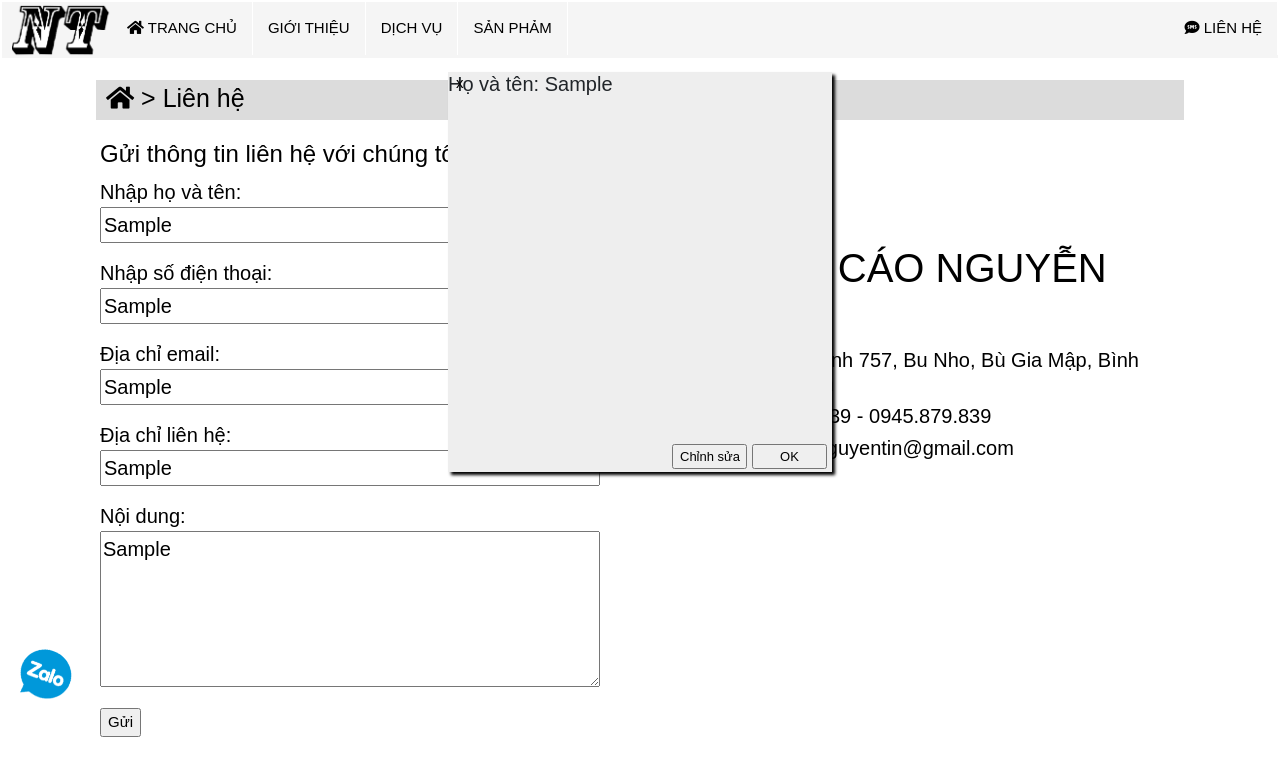
Repository: Haunguyen42193/quangcaonguyentin.github.io
Page: contact.html
An editor plug-in stored every save of this project. The page is shown before and after the next save, followed by the edit.
The browser window is 1280 px wide. The pictures show the part of the page from y = 0 to 757 px (the page is 1526 px tall).
Empty fields were first filled with sample values (such as "Sample", 5 or name@example.com).
After loading, the first visible `#submit` was clicked once.
Pictures or frames that could not be fetched are drawn as grey boxes. Some web fonts or font styles are not loaded; a fallback is used. Some web libraries are served in a nearby version.

Above is the page before, as saved 2021-09-17 17:52:06.

### contact.html
<!DOCTYPE html>
<html lang="en">
<head>
    <meta charset="UTF-8">
    <meta http-equiv="X-UA-Compatible" content="IE=edge">
    <meta name="viewport" content="width=device-width, initial-scale=1.0">
    <meta http-equiv="refresh" content="18000"/>
    <title>Quảng Cáo Nguyễn Tín</title>
    <link rel="shotcut icon" href="images/logo2.png"/>
    <link
    rel="stylesheet"
    href="https://cdnjs.cloudflare.com/ajax/libs/animate.css/4.1.1/animate.min.css"
    />
    <!--carousel-->
    <link href="https://cdn.jsdelivr.net/npm/bootstrap@5.1.0/dist/css/bootstrap.min.css" rel="stylesheet" integrity="sha384-KyZXEAg3QhqLMpG8r+8fhAXLRk2vvoC2f3B09zVXn8CA5QIVfZOJ3BCsw2P0p/We" crossorigin="anonymous">
    <!--font awesome-->
    <link rel="stylesheet" href="https://pro.fontawesome.com/releases/v5.10.0/css/all.css" integrity="sha384-AYmEC3Yw5cVb3ZcuHtOA93w35dYTsvhLPVnYs9eStHfGJvOvKxVfELGroGkvsg+p" crossorigin="anonymous"/>
    <!--css-->
    <link rel="stylesheet" href="CSS/stylecontact.css"/>
    <!--font chữ-->
    <link rel="preconnect" href="https://fonts.googleapis.com">
    <link rel="preconnect" href="https://fonts.gstatic.com" crossorigin>
    <link href="https://fonts.googleapis.com/css2?family=K2D:wght@600&display=swap" rel="stylesheet">
    <!-- JavaScript Bundle with Popper -->
    <script src="https://cdn.jsdelivr.net/npm/bootstrap@5.1.0/dist/js/bootstrap.bundle.min.js" integrity="sha384-U1DAWAznBHeqEIlVSCgzq+c9gqGAJn5c/t99JyeKa9xxaYpSvHU5awsuZVVFIhvj" crossorigin="anonymous"></script>
    <!--Jquery-->
    <script src="Js/jquery-3.6.0.min.js"></script>

</head>
<body>
    <script src="Js/main.js"></script>
    <nav class="header-menu">
        <div class="menu">
            <div class="logo">
                <a href="homepage.html"><img src="images/logo2.png" alt="bang quang cao tiem" id="logotiem"/></a>
            </div>
            <ul>
                <li><a href="homepage.html"><i class="fas fa-home"></i> TRANG CHỦ</a></li>
                <li><a href="#">GIỚI THIỆU</a></li>
                <li class="sub"><a href="homepage.html">DỊCH VỤ</a>
                    <ul class="menu subcontent">
                        <li><a href="#">LÀM BẢNG HIỆU LED</a></li>
                        <li><a href="#">LÀM BẢNG HIỆU ALU</a></li>
                        <li><a href="#">LÀM BẢNG HIỆU HỘP ĐÈN</a></li>
                        <li><a href="#">LÀM BẢNG HIỆU MICA</a></li>
                    </ul>
                </li>
                <li class="sub"><a href="#">SẢN PHẢM</a>
                    <ul class="menu subcontent">
                      <li><a href="#">BẢNG HIỆU HỘP ĐÈN</a></li>
                      <li><a href="#">MẶT DỰNG ALU</a></li>
                      <li><a href="#">BẢNG HIỆU CHỮ NỔI</a></li>
                      <li><a href="#">BẢNG HIỆU LED</a></li>
                    </ul>
                </li>
                <li><a href="contact.html"><i class="fas fa-sms"></i> LIÊN HỆ</a></li>
            </ul>
        </div>
      </nav>

      <!--go to top-->
      <div>
        <a id="goToTop" href="javascript:;"><i class="fas fa-chevron-up" title="GO TO TOP"></i></a>
      </div>
      <!--zalo-->
      <div class="zalo">
        <a href="https://zalo.me/0982652639" target="_blank"><img src="images/icon-zalo1.png"/></a>
      </div>
      <!--content of contact-->
    <section>
        <div class="contact-title">
            <div>
                <a href="homepage.html" title="Trang chủ"><i class="fas fa-home"></i></a>
                <span>></span>
                <span class="move">Liên hệ</span>
            </div>
        </div>
        <div class="contact">
            <div class="contact-info">
                <h4>Gửi thông tin liên hệ với chúng tôi</h4>
                <div class="nhap">
                    <p>Nhập họ và tên: </p><input type="text" placeholder="Nhập họ và tên" id="name"/>
                </div>
                <div class="nhap">
                    <p>Nhập số điện thoại:</p><input type="text" placeholder="Nhập số điện thoại" id="phone"/>
                </div>
                <div class="nhap">
                    <p>Địa chỉ email: </p><input type="text" placeholder="email" id="mail"/>
                </div>
                <div class="nhap">
                    <p>Địa chỉ liên hệ: </p><input type="text" placeholder="Địa chỉ đầy đủ" id="address/>
                </div>
                <div class="nhap">
                    <p>Nội dung:</p>
                    <textarea placeholder="Nhập nội dung yêu cầu" name="sNoidung" rows="5" id="request"></textarea>
                </div>
                <div class="submit">
                    <input type="button" value="Gửi" id="submit"/>
                </div>

            </div>
        </div>
        <div class="popup">
          <a href="#">x</a>
          <input type="button" value="OK" id="ok"/>
          <input type="button" value="Chỉnh sửa" id="fix"/>
        </div>
        <div class="contact1">
            <div class="contact-info">
                <img src="images/logo2.png" alt="logo" class="foot-logo" />
                <h1>QUẢNG CÁO NGUYỄN TÍN</h1>
                <h2>Địa chỉ: Đường tỉnh 757, Bu Nho, Bù Gia Mập, Bình Phước, Việt Nam</h2>
                <h2>SĐT: 0982.652.639 - 0945.879.839</h2>
                <h2>Mail: quangcaonguyentin@gmail.com</h2>
            </div>
        </div>
    </section>
    <div class="google-map-contact">
        <iframe src="https://www.google.com/maps/embed?pb=!1m18!1m12!1m3!1d5524.536939975059!2d106.86915028708552!3d11.734195462804998!2m3!1f0!2f0!3f0!3m2!1i1024!2i768!4f13.1!3m3!1m2!1s0x31735d28dd4c295f%3A0xd023a3b16b598d53!2zVHLGsOG7nW5nIFRIUFQgTmd1eeG7hW4gS2h1eeG6v24gLSBCw7kgTmhv!5e0!3m2!1svi!2s!4v1629276927340!5m2!1svi!2s" style="border:0;" allowfullscreen="" loading="lazy"></iframe>"
    </div>
    <section>
        <div class="foot-contacts">
          <div class="foot-contact">
            <img src="images/logo2.png" alt="logo" class="foot-logo" />
            <h1>QUẢNG CÁO NGUYỄN TÍN</h1>
            <h2>Địa chỉ: Đường tỉnh 757, Bu Nho, Bù Gia Mập, Bình Phước, Việt Nam</h2>
            <h2>SĐT: 0982.652.639 - 0945.879.839</h2>
            <h2>Mail: quangcaonguyentin@gmail.com</h2>
          </div>
          <div class="foot-service">
            <div class="foot-service-title">
              <h1>DANH MỤC DỊCH VỤ</h1>
            </div>
            <h2><a href="#">Làm bảng hiệu LED</a></h2>
            <h2><a href="#">Làm bảng hiệu ALU</a></h2>
            <h2><a href="#">Làm bảng hiệu HỘP ĐÈN</a></h2>
            <h2><a href="#">Làm bảng hiệu MICA</a></h2>
          </div>
          <div class="foot-product">
            <div class="foot-service-title">
              <h1>DANH MỤC SẢN PHẨM</h1>
            </div>
            <h2><a href="#">Làm bảng hiệu LED</a></h2>
            <h2><a href="#">Làm bảng hiệu ALU</a></h2>
            <h2><a href="#">Làm bảng hiệu HỘP ĐÈN</a></h2>
            <h2><a href="#">Làm bảng hiệu MICA</a></h2>
          </div>
        </div>
      </section>
      <!--foot-->
      <div class="web-foot">
        <h2>QUẢNG CÁO NGUYỄN TÍN &#10052 2021</h2>
      </div>
</body>
</html>

### CSS/stylecontact.css
body {
    font-family: 'K2D', sans-serif;
    font-size: 15px;
    background-color: white;
    background-repeat: no-repeat;
    background-attachment: fixed;
}
/*menu*/
.header-menu{
    width:100%;
    background-color: whitesmoke;
    padding-left: 10px;
    border: 2px solid white;
    position: fixed;
    z-index:99;
    top:0;
    left:0;
}
img#logotiem{
    width:100px;
    float:left;
}
div.menu > ul{
    display:flex;
    /* justify-content: center;
    align-items: center; */
}
div.menu ul{
    list-style-type: none;
    margin: 0;
    padding:0;
    background-color: whitesmoke;
}
div.menu ul li:last-child{
    margin-left: auto;
}
.subcontent{
    display:none;
    background: linear-gradient(gray, rgb(224, 222, 222));
}
.sub:hover .subcontent{
    display: block;
    position:absolute;
    width: 230px;
}

div.menu ul li{
    margin-bottom: 0px;
    position:relative;
    border-right: 1px solid white;
}

div.menu ul li a::before{
    content: '';
     position: absolute;
     bottom: -7px;
     left: 0px;
     width: 100%;
     height: 5px;
     background-color: #0cacdd;
     border-radius: 8px 8px 0 0;
     opacity: 0;
     transition: 0.3s;
}

div.menu ul li a:hover:before{
    opacity: 1;
    bottom:0;
}
div.menu ul li a{
    text-decoration: none;
    display: block;
    padding: 15px;
}
a:link{
    color:black;
}
a:visited{
    color:black;
}
a:hover{
    background-color: rgb(37, 32, 32);
    color: #2591d8;
}
a:active{
    color:rgb(35, 23, 201);
}

.subcontent::before{
    content: " ";
    border-width: 10px;
    border-style: solid;
    border-color:transparent transparent gray transparent;
    position: absolute;
    bottom: 100%;
    left:15%;
}
/*gototop*/
#goToTop {
    position: fixed;
    font-size: 30px;
    border-radius: 50%;
    z-index: 99;
    padding: 0 10px;
    border: 2px solid red;
    color: red;
    opacity: 0.5;
    right: 10px;
    bottom: 10px;
}
/*zalo*/
.zalo{
    position: fixed;
    z-index: 999;
    left: 20px;
    bottom: 20px;
    width: 4%;
}
.zalo img{
    width: 100%;
    animation:zalo-ring 1s infinite ease-in-out;
}
.zalo > a:hover{
    background-color: transparent;
}
@keyframes zalo-ring{
    0%{
    transform:rotate(0) scale(1) skew(1deg)
    }
    10%{
        transform:rotate(-25deg) scale(1.05) skew(1deg)
    }
    20%{
        transform:rotate(25deg) scale(1) skew(1deg)
    }
    30%{
        transform:rotate(-25deg) scale(1.05) skew(1deg)
    }
    40%{
        transform:rotate(25deg) scale(1) skew(1deg)
    }
    50%{
        transform:rotate(0) scale(1) skew(1deg)
    }
    100%{
        transform:rotate(0) scale(1) skew(1deg)
    }
}
/*foot contact*/
.foot-contacts {
    display: flex;
    position: relative;
    top: 120px;
    justify-content: center;
}
.foot-contacts h2{
    font-size: 15px;
}
.foot-contact {
    display: flex;
    width: 350px;
    flex-wrap: wrap;
    width: 25%;
}
.foot-logo{
    width:30%;
}
.foot-contact h1{
    width: 50%;
    font-size: 25px;
}
.foot-service{
    position: relative;
    border-right: 1px solid gray;
    width:25%;
    padding: 0 50px;
    border-left: 1px solid gray;
}
.foot-product{
    position: relative;
    width: 25%;
    padding: 0 50px;
}
.foot-service-title h1{
    font-size: 20px;
    padding-bottom: 10px;
    padding-top: 10px;
}
.foot-contacts a{
    text-decoration: none;
}
.foot-contacts a:link{
    color: #4b7494;
}
.foot-contacts a:visited{
    color: #4b7494;
}
.foot-contacts a:hover{
    color: #0c0e0f;
    background-color: white;
}
.foot-contacts a:active{
    color: #124c79;
}
/*web foot*/
.web-foot{
    background-color: gray;
    position: relative;
    top: 80px;
    padding: 15px;
    margin-top: 60px;
}
.web-foot > h2{
    text-align: center;
    font-size: 15px;
}
/*contact*/
.contact {
    color: black;
    position: relative;
    top:100px;
    left: 100px;
    width: 500px;
    border-radius: 5px;
}
.contact1 {
    color: black;
    position: absolute;
    top:160px;
    right: 100px;
    width: 500px;
    border-radius: 5px;
}
.contact-title{
    color: black;
    position: relative;
    top: 80px;
    width: 85%;
    margin: auto;
    height: 40px;
    background-color: gainsboro;
    font-size: 25px;
}
.contact-title div{
    padding-left: 10px;
}
.contact-title a:hover{
    background-color: transparent;
    color: black;
}
.contact-info p{
    font-size: 20px;
    position: relative;
    margin: 0;
}
.nhap input, textarea{
    font-size: 20px;
    width: 100%;
    margin-bottom: 15px;
}
.contact1 h2{
    font-size: 20px;
}
.popup{
    position: fixed;
    width: 30%;
    height: 400px;
    background-color: rgb(238, 238, 238);
    z-index: 99;
    top: 10%;
    left:35%;
    box-shadow: 3px 3px 3px black;

}
.popup a{
    padding: 0 8px 5px;
    text-decoration: none;
    position: absolute;
    top: 0;
    left: 0;
    color: black;

}
.popup a:hover{
    background-color: red;
    color: white;
    outline: 1px groove white;
}
#ok{
    position: absolute;
    bottom: 3px;
    right: 5px;
    width: 75px;
    font-size: 13px;
}
#fix{
    position: absolute;
    bottom: 3px;
    right: 85px;
    width: 75px;
    font-size: 13px;
}
/*contact-map*/
.google-map-contact iframe{
    position: relative;
    top:120px;
    width: 100%;
    height:500px;
}

### Js/main.js

$(document).ready(function() {
    $("#goToTop").hide()
    $(window).scroll(function() {

        if($(this).scrollTop() >= 80)
            $("#goToTop").show("slow");
        else
            $("#goToTop").hide("slow");

    })
    $("#goToTop").click(function() {
        $("html, body").animate({
            scrollTop: 0
        }, 1000);
    })
    $(".popup").hide()
    $("#submit").click(function(){
        var name = $("#name").val()

        $(".popup").fadeIn(1000).prepend(`
        <h5>Họ và tên: ${name}</h5>
        `)
    })
    $(".popup > a, #ok").click(function(){
        event.preventDefault()
        $(this).parent().fadeOut(200)
    })
})

Loaded but not shown: Js/jquery-3.6.0.min.js (library)

After the next save:
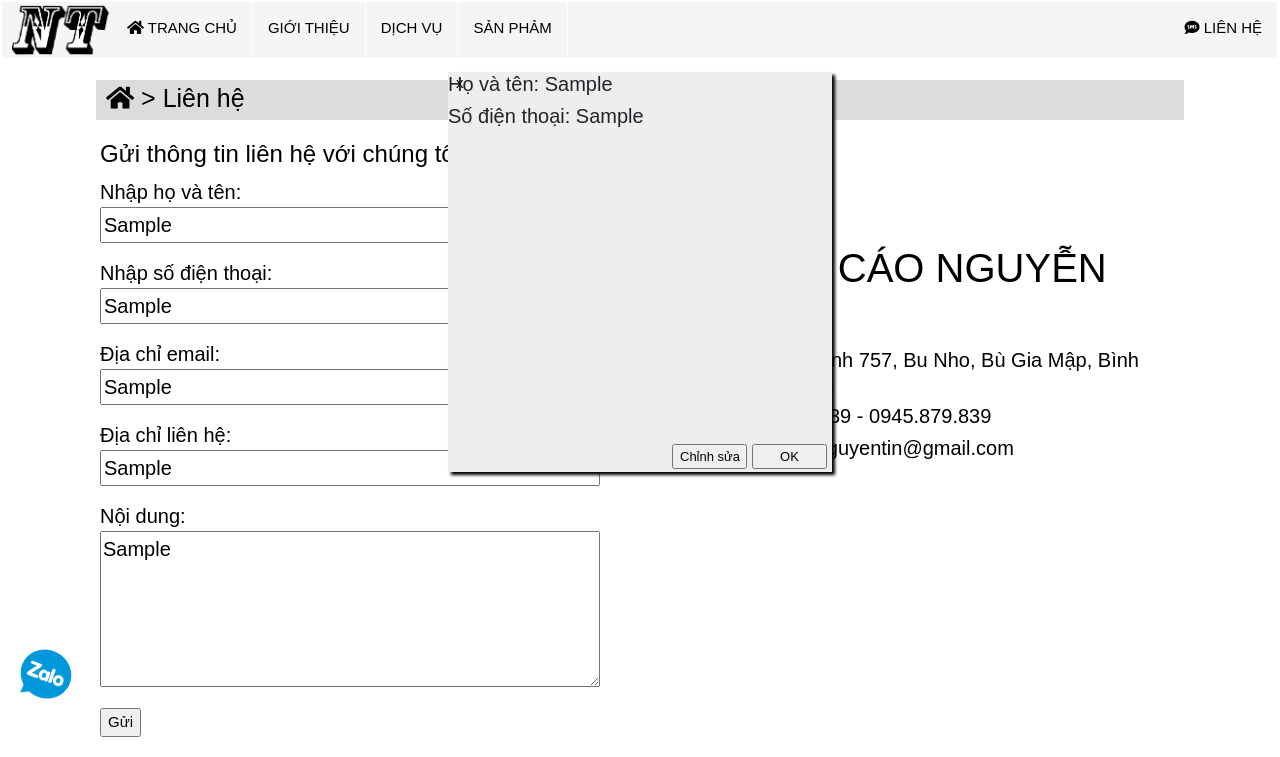
Saved 88 s later.
--- a/Js/main.js
+++ b/Js/main.js
@@ -17,9 +17,12 @@ $(document).ready(function() {
     $(".popup").hide()
     $("#submit").click(function(){
         var name = $("#name").val()
-
+        var phone = $("#phone").val()
         $(".popup").fadeIn(1000).prepend(`
-        <h5>Họ và tên: ${name}</h5>
+        <div class="notice">
+            <h5>Họ và tên: ${name}</h5>
+            <h5>Số điện thoại: ${phone}
+        </div>
         `)
     })
     $(".popup > a, #ok").click(function(){
